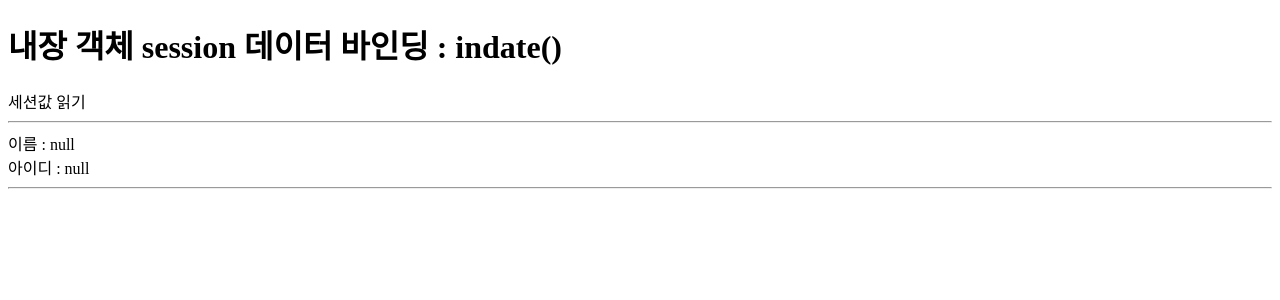
Repository: papepopopy/javascript
Page: http://localhost/webjsp/ex02/sessionInvalidate.jsp
An editor plug-in stored every save of this project. The page is shown before and after the next save, followed by the edit.
The browser window is 1280 px wide. The pictures show the whole page.
The page is served by Tomcat 9. Nobody is signed in. The application's start-up code is not run.

Above is the page before, as saved 2024-07-04 04:15:01.

After the next save:
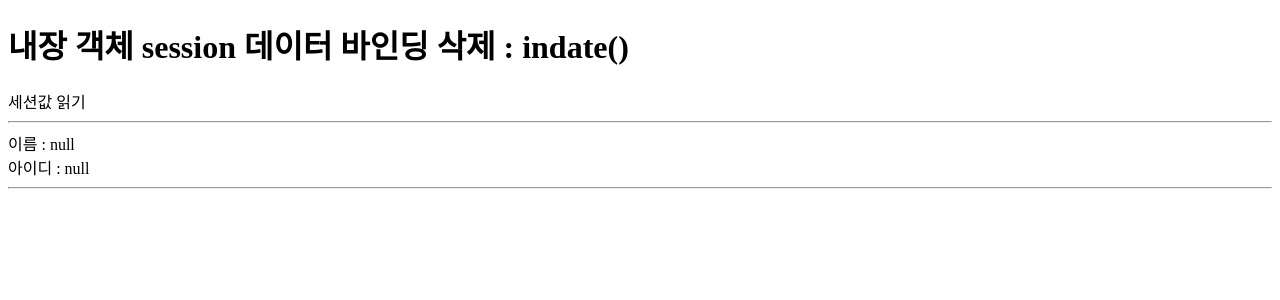
Saved 4 s later.
--- a/jspStudy/jspStudy/webjsp/src/main/webapp/ex02/sessionInvalidate.jsp
+++ b/jspStudy/jspStudy/webjsp/src/main/webapp/ex02/sessionInvalidate.jsp
@@ -11,7 +11,7 @@
 <title>session 데이터 바인딩 삭제</title>
 </head>
 <body>
-	<h1>내장 객체 session 데이터 바인딩 : indate()</h1>
+	<h1>내장 객체 session 데이터 바인딩 삭제 : indate()</h1>
 	<div>
 		세션값 읽기
 		<hr>
